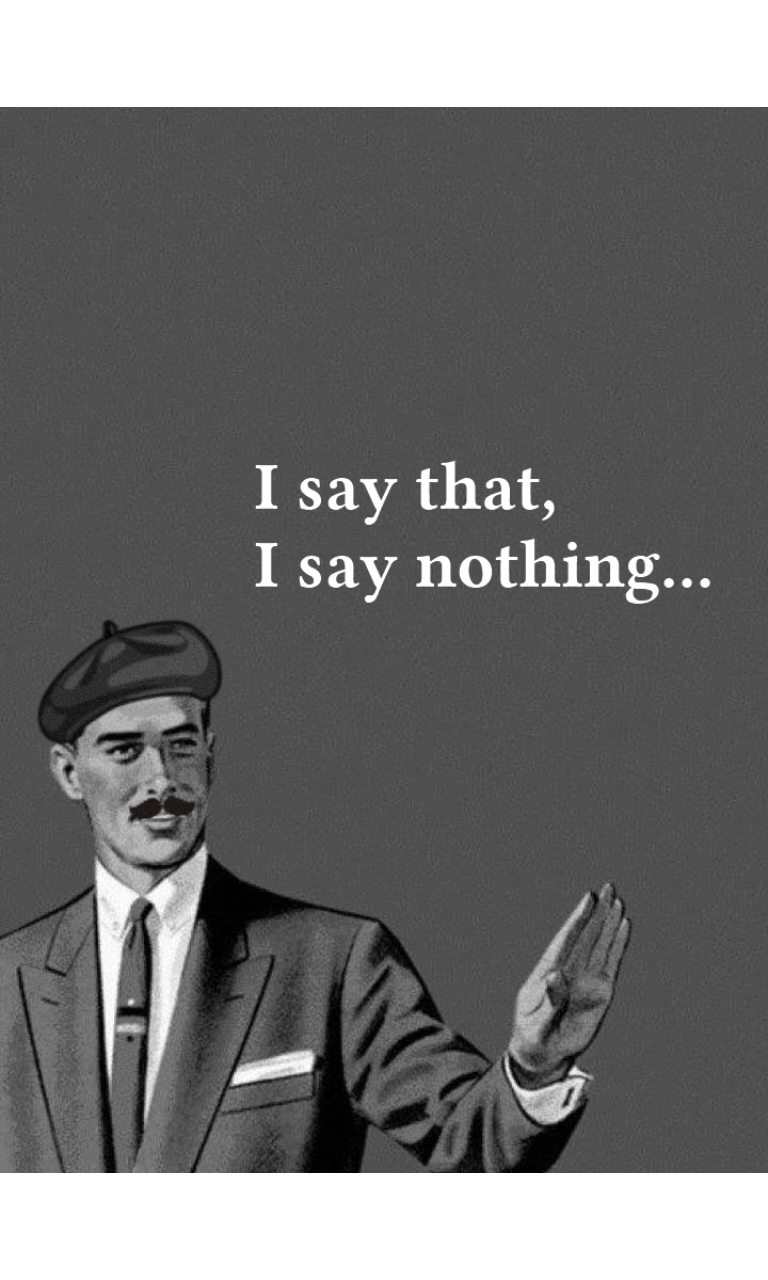
Repository: FranzPoize/ISTISN-Android
Layout: istisn/res/layout/activity_istisn.xml
These files come from the project's save history. The layout is drawn as it stood at one moment and after the next save; the edit follows.
Pictures or frames that could not be fetched are drawn as grey boxes. It is drawn on a 768 x 1280 px phone screen (xhdpi) without system bars, with theme Theme.VPI; the app's code is not run. Lists and similar views that code fills are empty.

Above is the layout before, as saved 2012-11-27 01:40:24.

### istisn/res/layout/activity_istisn.xml
<RelativeLayout xmlns:android="http://schemas.android.com/apk/res/android"
    android:layout_width="match_parent"
    android:layout_height="match_parent"
    >
    <ImageView
        android:layout_width="match_parent"
    	android:layout_height="match_parent"
    	android:src="@drawable/splashscreenfrench"/>
    <LinearLayout
	    android:orientation="horizontal"
	    android:layout_width="match_parent"
	    android:layout_height="match_parent"
	    android:id="@+id/splashLayout"
	    android:alpha="0.0">
		<LinearLayout
		    android:orientation="vertical"
		    android:layout_width="match_parent"
		    android:layout_height="match_parent"
		    android:background="@color/black"
		    android:id="@+id/actualActivity" >
			<com.viewpagerindicator.TabPageIndicator
		        android:id="@+id/indicator"
		        android:layout_width="match_parent"
		        android:layout_height="wrap_content"/>
		    <android.support.v4.view.ViewPager
		        android:id="@+id/viewpager"
		        android:layout_weight="1"
		        android:layout_width="match_parent"
		        android:layout_height="0dp"
		        />
		</LinearLayout>
	</LinearLayout>
</RelativeLayout>

### istisn/res/values/styles.xml
<resources xmlns:android="http://schemas.android.com/apk/res/android">
<!-- This is our main ActionBarSherlock theme -->
    <style name="Theme.Styled" parent="Theme.Sherlock.Light.DarkActionBar">
        <item name="actionBarStyle">@style/Widget.Styled.ActionBar</item>
        <item name="android:actionBarStyle">@style/Widget.Styled.ActionBar</item>
    </style><!-- This is our ViewPagerIndicator theme. We inherit from the ABS theme -->
    <style name="Theme.VPI" parent="Theme.Styled">
       <item name="vpiTabPageIndicatorStyle">@style/Widget.TabPageIndicator</item>
    </style>
    <!-- "Implementation" of our ABS custom theme -->
    <style name="Widget.Styled.ActionBar" parent="Widget.Sherlock.Light.ActionBar.Solid.Inverse">
        <item name="background">@color/black</item>
        <item name="android:background">@color/black</item>
    </style>

    <!-- More customizations for ABS -->
     <style name="TitleText" >
        <item name="android:textColor">@android:color/darker_gray</item>
        <item name="android:textSize">17dip</item>
    </style>
</resources>

### istisn/res/values/colors.xml
<resources>

    <color name="black">#000000</color>
    <color name="splash">#4F4F4F</color>

</resources>

After the next save:
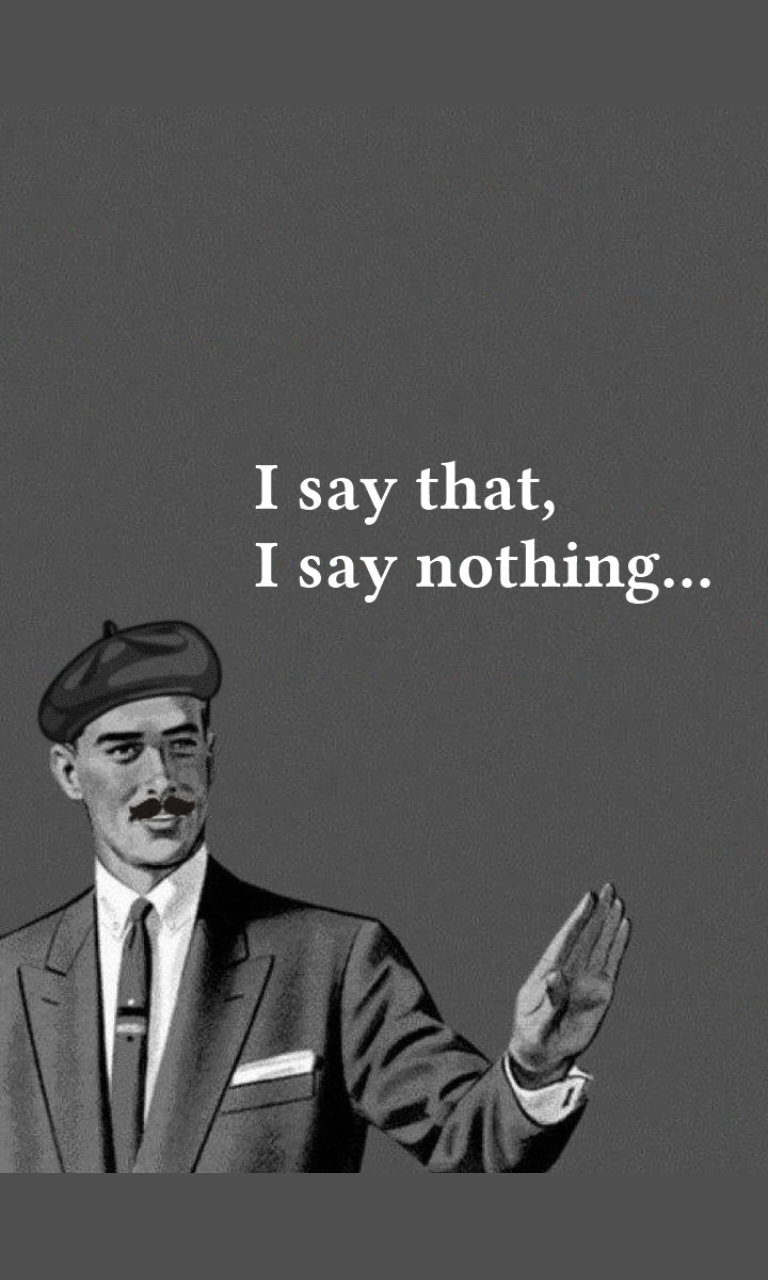
Saved 10 s later.
--- a/istisn/res/layout/activity_istisn.xml
+++ b/istisn/res/layout/activity_istisn.xml
@@ -1,6 +1,7 @@
 <RelativeLayout xmlns:android="http://schemas.android.com/apk/res/android"
     android:layout_width="match_parent"
     android:layout_height="match_parent"
+    android:background="@color/splash"
     >
     <ImageView
         android:layout_width="match_parent"
